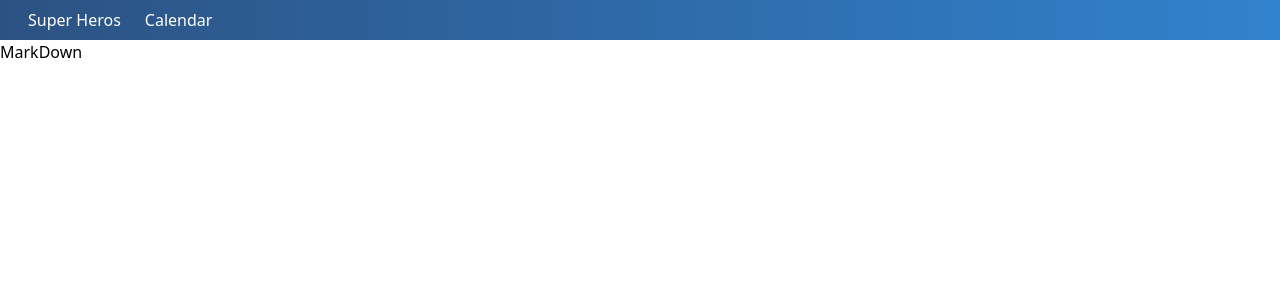
Repository: kshvkndl/VueFullCoursePractice
Page: /markdown
An editor plug-in stored every save of this project. The page is shown before and after a run of saves, followed by the edit.
The browser window is 1280 px wide. The pictures show the whole page.
The project was rebuilt for these pictures with package versions that can differ from the ones it lists, and the page was loaded fresh each time. Also part of the build but not shown: src/pages/SuperHeros.vue, src/pages/Calender.vue, src/pages/Home.vue.

Above is the page before, as saved 2020-11-19 10:54:34.

### src/main.js
import { createApp } from 'vue'
import App from './App.vue'
import './assets/style.css'
import router from './router'

const app = createApp(App);
app.use(router);
app.mount('#app');

### src/App.vue
<template>
  <AppHeader></AppHeader>
  <div class="w-full flex">
    <router-view></router-view>
  </div>
</template>

<script>
import AppHeader from "@/components/AppHeader";
export default {
  components: { AppHeader },
};
</script>

### src/router.js
import { createRouter, createWebHistory } from 'vue-router';
import SuperHeros from '@/pages/SuperHeros'
import Calender from '@/pages/Calender'
import Home from '@/pages/Home'
import MarkDown from '@/pages/MarkDown'


const routes = [
    { path: '/', component: Home },
    { path: '/super-heros', component: SuperHeros },
    { path: '/calendar', component: Calender },
    { path: '/markdown', component: MarkDown },
]

const router = createRouter({
    history: createWebHistory(),
    routes,
});
export default router;

### src/components/AppHeader.vue
<template>
  <nav
    class="w-full bg-gradient-to-r from-blue-800 to-blue-600 text-white px-4 py-2"
  >
    <router-link class="mx-3" to="/super-heros">Super Heros</router-link>
    <router-link class="mx-3" to="/calendar">Calendar</router-link>
  </nav>
</template>


<script>
export default {};
</script>

### src/pages/MarkDown.vue
<template>
  <h1>MarkDown</h1>
</template>

<script>
export default {};
</script>

Loaded but not shown: public/index.html (common file); src/assets/style.css (common file); tailwind.config.js (common file)

After the next 2 saves:
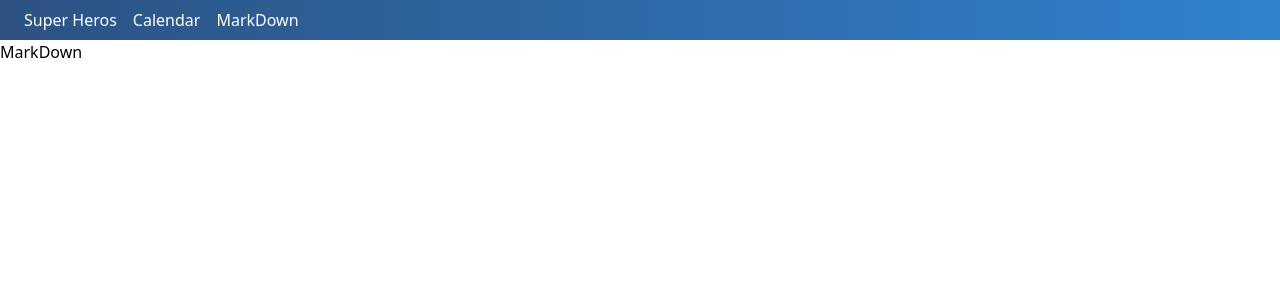
The 2 saves are shown as one change because 1 did not build or start.
The last was saved 3 min 32 s later.
--- a/src/components/AppHeader.vue
+++ b/src/components/AppHeader.vue
@@ -2,12 +2,27 @@
   <nav
     class="w-full bg-gradient-to-r from-blue-800 to-blue-600 text-white px-4 py-2"
   >
-    <router-link class="mx-3" to="/super-heros">Super Heros</router-link>
-    <router-link class="mx-3" to="/calendar">Calendar</router-link>
+    <router-link
+      class="mx-2"
+      v-for="item in list"
+      :key="item.to"
+      :to="item.to"
+      >{{ item.title }}</router-link
+    >
   </nav>
 </template>
 
 
 <script>
-export default {};
+export default {
+  data() {
+    return {
+      list: [
+        { title: "Super Heros", to: "//super-heros" },
+        { title: "Calendar", to: "/calendar" },
+        { title: "MarkDown", to: "/markdown" },
+      ],
+    };
+  },
+};
 </script>
